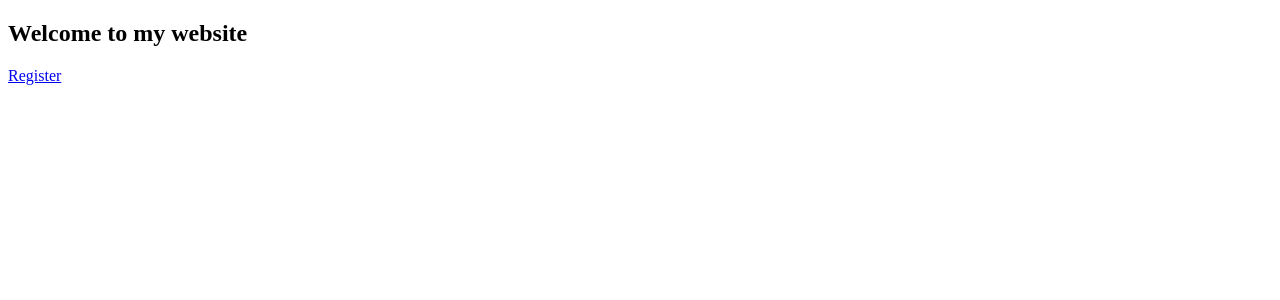
Repository: Rohit-Sarkar55/microservice-Springboot
Page: http://localhost/movie-web/
An editor plug-in stored every save of this project. The page is shown before and after the next save, followed by the edit.
The browser window is 1280 px wide. The pictures show the whole page.
The page is served by Tomcat 9.

Above is the page before, as saved 2024-01-17 09:33:11.

After the next save:
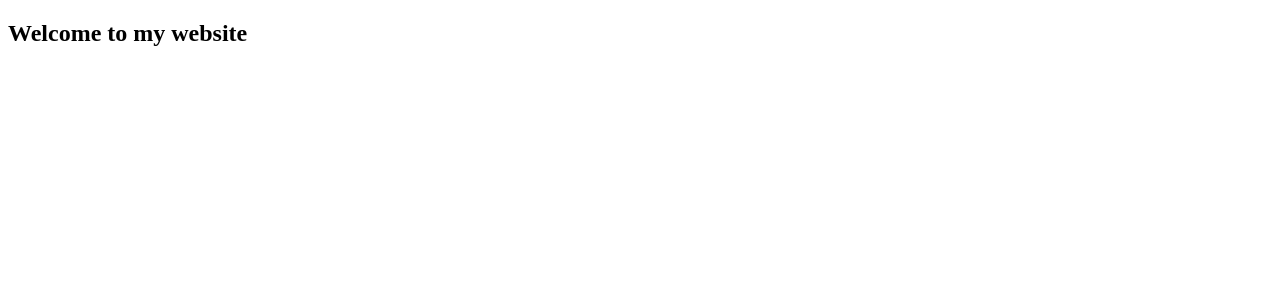
Saved 57 s later.
--- a/movie-web/src/main/webapp/index.jsp
+++ b/movie-web/src/main/webapp/index.jsp
@@ -8,6 +8,6 @@
 </head>
 <body>
 	<h2>Welcome to my website </h2>
-	<a href="signup.jsp">Register</a>
+
 </body>
 </html>
